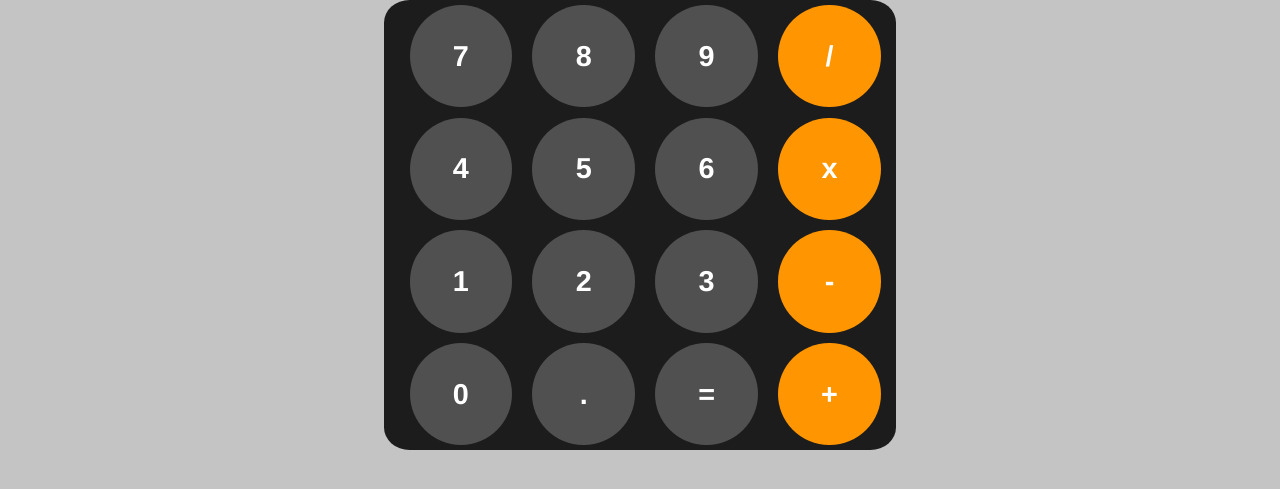
Repository: raulpenate/Calculadora-VUE3
Page: /
These files come from the project's save history. The page is drawn as it stood at one moment and after the next save; the edit follows.
The browser window is 1280 px wide. The pictures show the whole page.
The project was rebuilt for these pictures with package versions that can differ from the ones it lists, and the page was loaded fresh each time. Also part of the build but not shown: src/components/HelloWorld.vue.

Above is the page before, as saved 2022-03-11 09:09:47.

### src/App.vue
<template>
  <HelloWorld msg="Welcome to Your Vue.js App"/>
  <Calculator/>
</template>

<script>
import HelloWorld from './components/HelloWorld.vue'
import Calculator from './components/Calculator.vue'

export default {
  name: 'App',
  components: {
    Calculator
  }
}
</script>

<style>
#app {
  font-family: Avenir, Helvetica, Arial, sans-serif;
}
</style>

### src/components/Calculator.vue
<template>
  <div class="carcasa">
    <div class="pantalla"></div>
    <div class="fila">
        <div class="boton">7</div>
        <div class="boton">8</div>
        <div class="boton">9</div>
        <div class="boton orange">/</div>
    </div>
    <div class="fila">
        <div class="boton">4</div>
        <div class="boton">5</div>
        <div class="boton">6</div>
        <div class="boton orange">x</div>
    </div>
    <div class="fila">
        <div class="boton">1</div>
        <div class="boton">2</div>
        <div class="boton">3</div>
        <div class="boton orange">-</div>
    </div>
    <div class="fila">
        <div class="boton">0</div>
        <div class="boton">.</div>
        <div class="boton">=</div>
        <div class="boton orange">+</div>
    </div>
  </div>
</template>

<script>
export default {};
</script>

<style>
*{
    padding: 0;
    margin: 0;
    box-sizing: border-box;
}

body{
    background: #c4c4c4;
    margin: auto 30%;
}

.carcasa{
    background: #1C1C1C;
    display: flex;
    flex-flow: wrap column;
    justify-content: space-between;
    border-radius: 5%;
}

.fila{
    width: 100%;
    font-weight: bold;
    display: flex;
    flex-flow: wrap row;
    justify-content: space-evenly;
    margin: 1%;
}

.boton{
    background: #505050;
    color: #FFFFFF;
    width: 20px;
    height: 20px;
    position: relative;
    font-size: 4vh;
    padding: 10%;
    display: flex;
    justify-content: center;
    align-items: center;
    border-radius: 50%;
}

.orange{
    background:#FF9500;
}

</style>

Loaded but not shown: public/index.html (common file); src/main.js (common file)

After the next save:
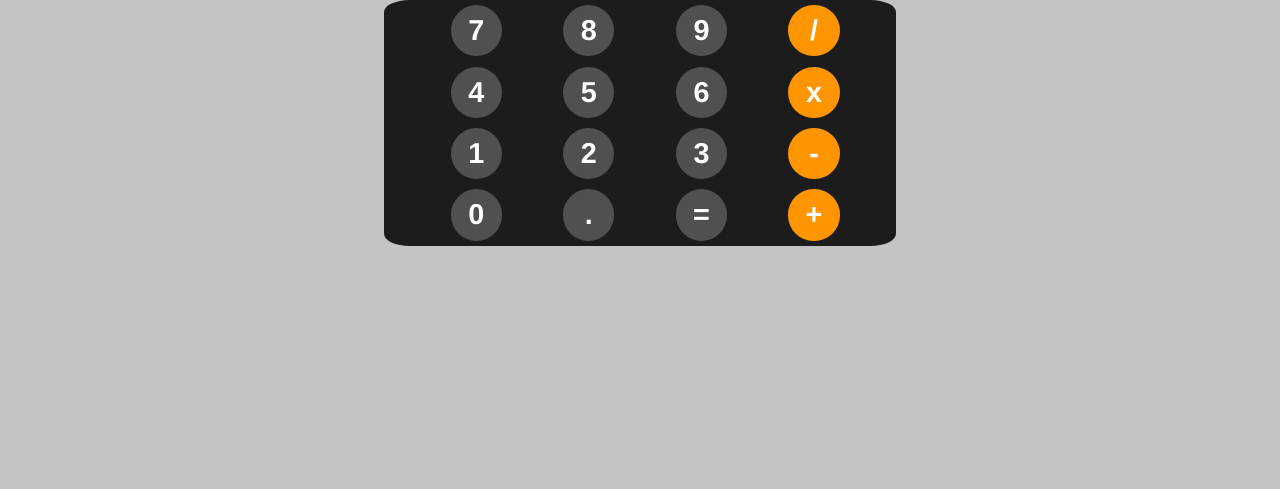
Saved 5 s later.
--- a/src/components/Calculator.vue
+++ b/src/components/Calculator.vue
@@ -68,7 +68,7 @@ body{
     height: 20px;
     position: relative;
     font-size: 4vh;
-    padding: 10%;
+    padding: 5%;
     display: flex;
     justify-content: center;
     align-items: center;
